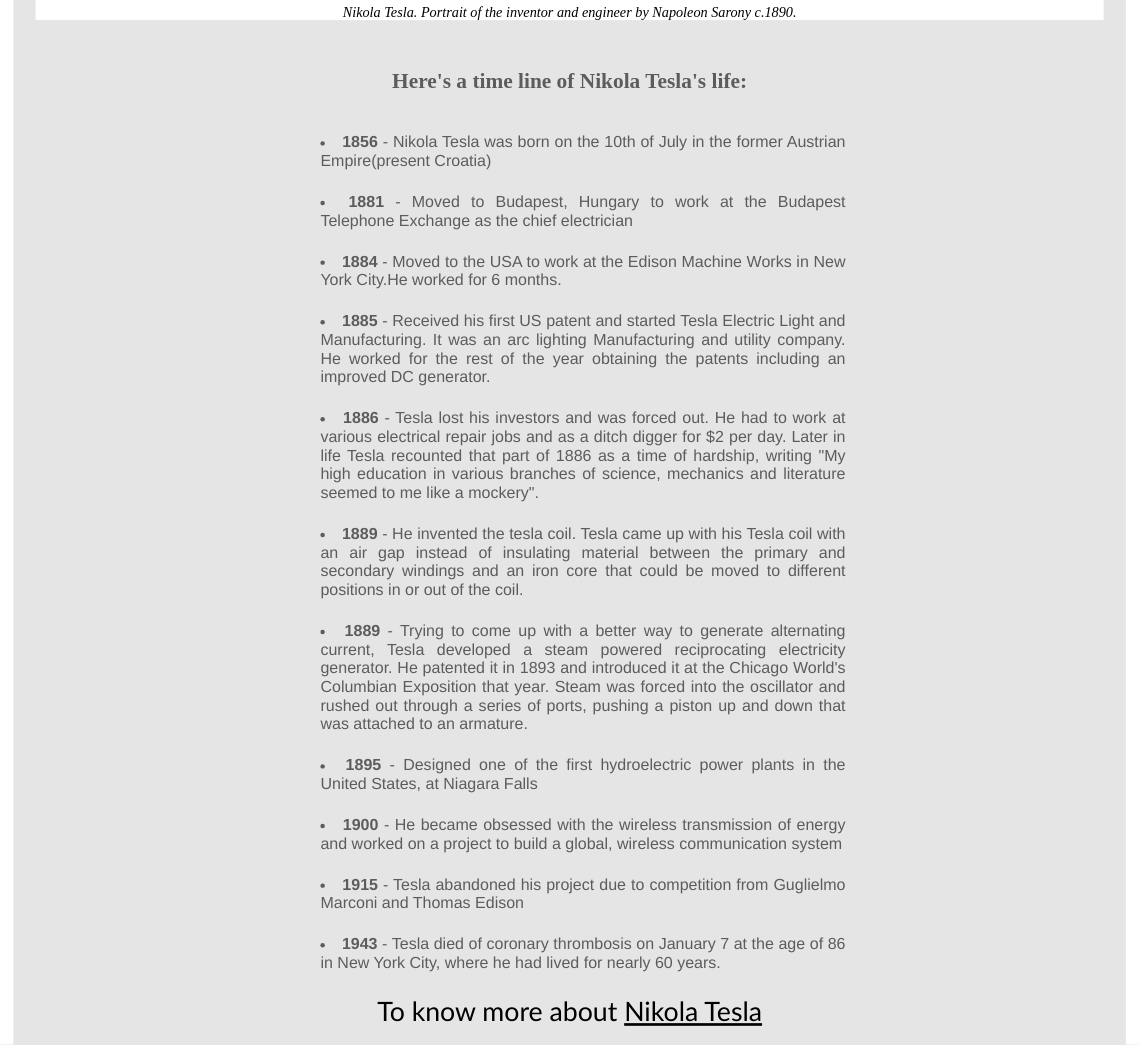
Repository: Avishka217/Tribute-Page
Page: index.html
These files come from the project's save history. The page is drawn as it stood at one moment and after a run of saves; the edit follows.
The browser window is 1280 px wide. The pictures show the part of the page from y = 576 to 1750 px (the page is 1750 px tall), at 89% of full size.
A picture or video elsewhere on the page could not be fetched, so the positions and the page height are approximate.

Above is the page before, as saved 2020-03-18 20:08:19.

### index.html
<!DOCTYPE html>
<html>

<head>
    <link rel="stylesheet" href="styles.css">
    <link href="https://fonts.googleapis.com/css?family=Libre+Baskerville&display=swap" rel="stylesheet">
    <title>Nikola Tesla | Tribute Page</title>
</head>

<body>
    <div id="header">
        <script src="https://cdn.freecodecamp.org/testable-projects-fcc/v1/bundle.js"></script>
    </div>
    <main id="main">
        <div id="title-content">
            <h1 id="title">NIKOLA TESLA</h1>
            <p>The Man who invented the Twentieth Century</p>
        </div>
        <div id="main-content">
            <figure id="img-div">
                <center><img id="image" src="https://www.hands-free.co.uk/wp-content/uploads/2018/06/nikola-tesla.jpg">
                </center>
                <figcaption id="img-caption">Nikola Tesla. Portrait of the inventor and engineer by Napoleon Sarony
                    c.1890.</figcaption>
            </figure>

        </div>
        <div id="tribute-info">
            <h2>Here's a time line of Nikola Tesla's life:</h2>

            <ul id="lists">
                <li><b>1856</b> - Nikola Tesla was born on the 10th of July in the former Austrian Empire(present
                    Croatia)</li>
                <li><b>1881</b> - Moved to Budapest, Hungary to work at the Budapest Telephone Exchange as the chief
                    electrician</li>
                <li><b>1884</b> - Moved to the USA to work at the Edison Machine Works in New York City.He worked for 6
                    months.
                </li>
                <li><b>1885</b> - Received his first US patent and started Tesla Electric Light and Manufacturing. It
                    was an arc lighting Manufacturing
                    and utility company. He worked for the rest of the year obtaining the patents including an improved
                    DC generator.</li>
                <li><b>1886</b> - Tesla lost his investors and was forced out. He had to work at various electrical
                    repair jobs and as a ditch digger for $2 per day. Later in life Tesla recounted that part of 1886 as
                    a time of hardship, writing "My high education in various branches of science, mechanics and
                    literature seemed to me like a mockery".</li>
                <li><b>1889</b> - He invented the tesla coil. Tesla came up with his Tesla coil with an air gap instead
                    of insulating material between the primary and secondary windings and an iron core that could be
                    moved to different positions in or out of the coil.</li>
                <li><b>1889</b> - Trying to come up with a better way to generate alternating current, Tesla developed a
                    steam
                    powered reciprocating electricity generator. He patented it in 1893 and introduced it at the Chicago
                    World's
                    Columbian Exposition that year. Steam was forced into the oscillator and rushed out through a series
                    of ports,
                    pushing a piston up and down that was attached to an armature.</li>
                <li><b>1895</b> - Designed one of the first hydroelectric power plants in the United States, at Niagara
                    Falls</li>
                <li><b>1900</b> - He became obsessed with the wireless transmission of energy and worked on a project to
                    build a global, wireless communication system</li>
                <li><b>1915</b> - Tesla abandoned his project due to competition from Guglielmo Marconi and Thomas
                    Edison</li>
                <li><b>1943</b> - Tesla died of coronary thrombosis on January 7 at the age of 86 in New York City,
                    where he had lived for nearly 60 years. </li>
            </ul>
            <a id="tribute-link" target="_blank" href="https://en.wikipedia.org/wiki/Nikola_Tesla">To know more about
                <u>Nikola Tesla</u></a>
        </div>
    </main>

</body>

</html>

### styles.css
body{
  overflow-x: hidden;
  margin: 0 auto;
  width: 100%;
}
#header{
width: 100%;
  background-color:hsl(240, 80%, 8%);
  height: 60px;


}

#main{
  display: block;

  position: absolute;
  right: 0;
  left: 0;
  margin: 0px 15px;
  padding-top: 10px;
  background-color: rgb(0, 0, 0, 0.1);
  text-align: center;
  padding-bottom: 20px;
  margin-bottom: 40px;

}

#title-content{
  padding-top:  25px;
  text-align: center;
}
#title-content p{
  font-family: Helvetica, sans-serif
}
#main-content{
  padding-top: 30px;
  margin: 25px;
  background-color:white;
}

#title{
  position: relative;
  font-family:'Libre Baskerville', serif;
  font-size: 30px;
  text-align: center;
  margin-top: 15px;;

}


#image{
  display: block;
  max-width: 100%;
  height: auto;
  margin-bottom: 25px;

}
@media(min-width: 525px){
  #image{
    width:400px;
  }
}

#img-caption{
  text-align: center;
  font-style: italic;
}



#tribute-info{

  color: rgb(0, 0, 0, 0.6);
  display: block;
  width: 100%;
  position: relative;
  text-align: center;
  list-style-position: inside;



}
#tribute-info h2{
  padding-top: 30px;
}
#tribute-info ul{

  font-family: Helvetica;
  font-size: 18px;
  display: block;
  padding-top: 25px;
  padding-right: 10px;;
  width:590px;
  margin: auto;
  text-align: justify;

}
@media(max-width: 800px){
  #tribute-info  ul{
    width:auto;
  }
}
#tribute-info  li{


  margin-bottom: 25px;
}

#tribute-link{
  text-decoration: none;
  color: black;
  font-size: 30px;
  font-family: Calibri;
}

After the next 2 saves:
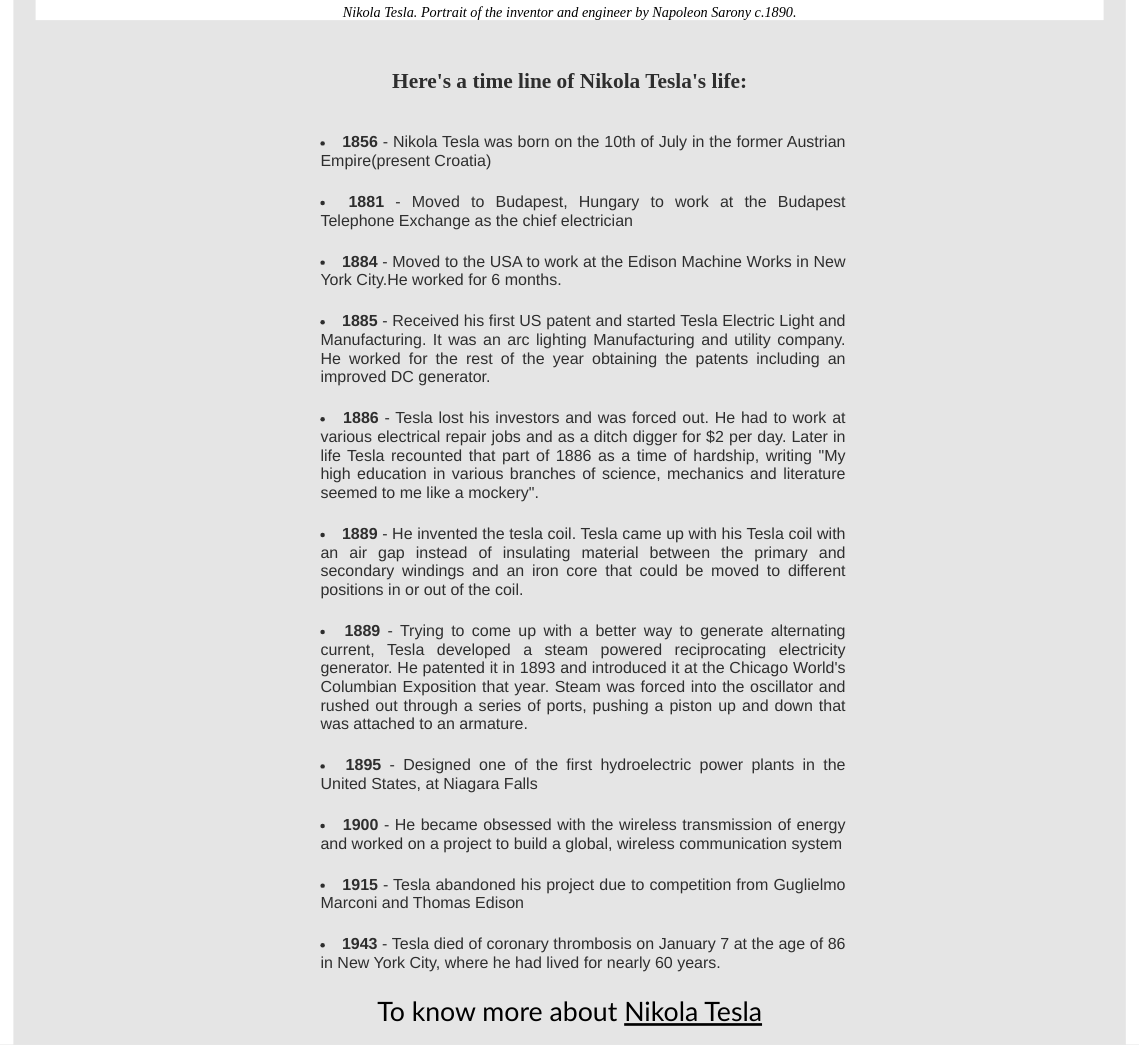
The 2 saves are shown as one change because they came seconds apart.
The last was saved 7 s later.
--- a/styles.css
+++ b/styles.css
@@ -71,7 +71,7 @@
 
 #tribute-info{
 
-  color: rgb(0, 0, 0, 0.6);
+  color: rgb(0, 0, 0, 0.8);
   display: block;
   width: 100%;
   position: relative;
